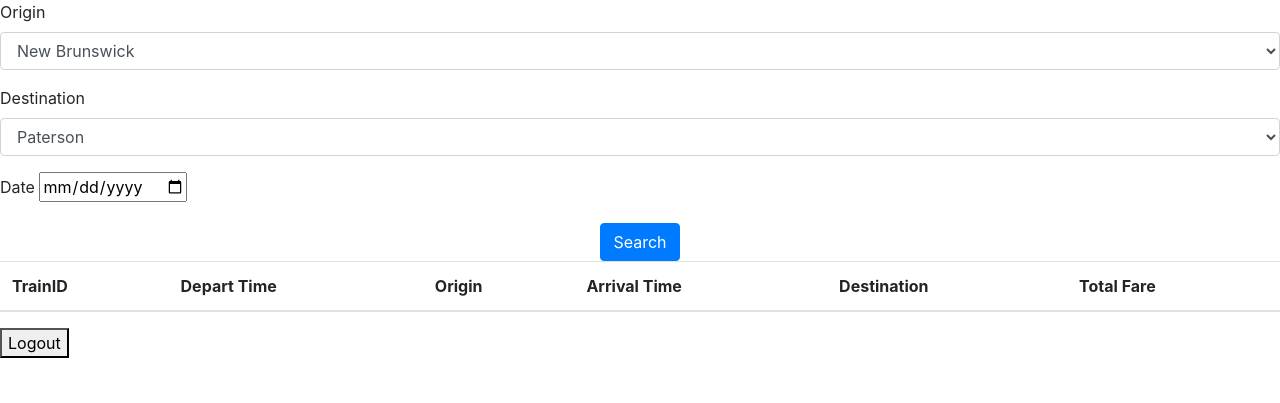
Repository: phh18/Train-Station-System
Page: http://localhost/trainstation/WEB-INF/view/userDetails.jsp
These files come from the project's save history. The page is drawn as it stood at one moment and after the next save; the edit follows.
The browser window is 1280 px wide. The pictures show the whole page.
Some web libraries are served in a nearby version. The page is served by Tomcat 9. Nobody is signed in. The template is opened directly, without the code that normally fills it, so the values that code supplies are empty.

Above is the page before, as saved 2020-12-03 05:05:52.

After the next save:
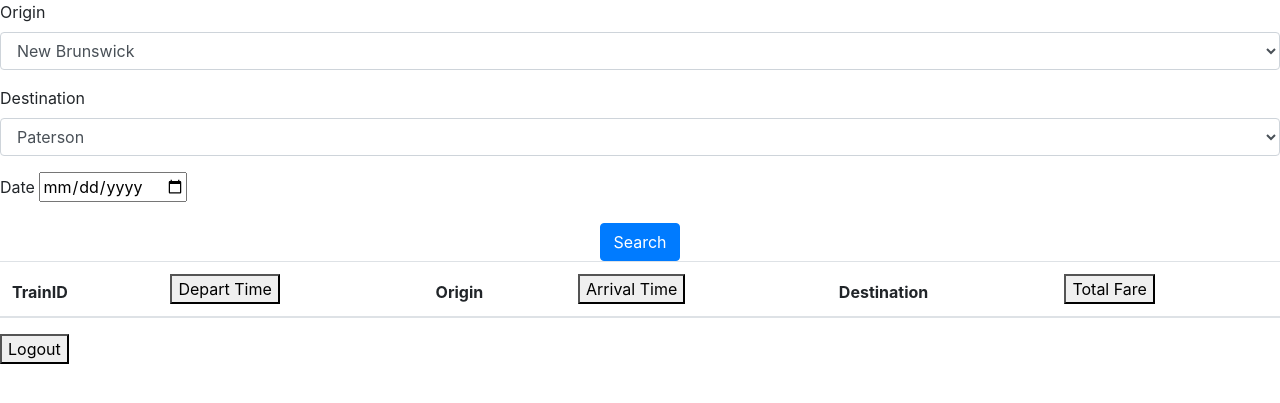
Saved 13 min 23 s later.
--- a/trainstation/WebContent/WEB-INF/view/userDetails.jsp
+++ b/trainstation/WebContent/WEB-INF/view/userDetails.jsp
@@ -53,15 +53,15 @@
 		</form>
 
 		<%ArrayList<TrainRoute> routes = (ArrayList<TrainRoute>) request.getAttribute("routes"); %>
-		<table class="table table-hover">
+		<table id="myTable" class="table table-hover">
 		<thead>
 		  <tr>
 		    <th scope="col">TrainID</th>
-		    <th scope="col">Depart Time</th>
+		    <th scope="col"><button onclick="sortTable(1)">Depart Time</button></th>
 		    <th scope="col">Origin</th>
-		    <th scope="col">Arrival Time</th>
+		    <th scope="col"><button onclick="sortTable(3)">Arrival Time</button></th>
 		    <th scope="col">Destination</th>
-		    <th scope="col">Total Fare</th>
+		    <th scope="col"><button onclick="sortTable(5)">Total Fare</button></th>
 		  </tr>
 		</thead>
 		<tbody>
@@ -86,7 +86,42 @@
 
 	</div>
 
-
+	<script>
+	function sortTable(order) {
+		  var table, rows, switching, i, x, y, shouldSwitch;
+		  table = document.getElementById("myTable");
+		  switching = true;
+		  /*Make a loop that will continue until
+		  no switching has been done:*/
+		  while (switching) {
+		    //start by saying: no switching is done:
+		    switching = false;
+		    rows = table.rows;
+		    /*Loop through all table rows (except the
+		    first, which contains table headers):*/
+		    for (i = 1; i < (rows.length - 1); i++) {
+		      //start by saying there should be no switching:
+		      shouldSwitch = false;
+		      /*Get the two elements you want to compare,
+		      one from current row and one from the next:*/
+		      x = rows[i].getElementsByTagName("TD")[order];
+		      y = rows[i + 1].getElementsByTagName("TD")[order];
+		      //check if the two rows should switch place:
+		      if (x.innerHTML.toLowerCase() > y.innerHTML.toLowerCase()) {
+		        //if so, mark as a switch and break the loop:
+		        shouldSwitch = true;
+		        break;
+		      }
+		    }
+		    if (shouldSwitch) {
+		      /*If a switch has been marked, make the switch
+		      and mark that a switch has been done:*/
+		      rows[i].parentNode.insertBefore(rows[i + 1], rows[i]);
+		      switching = true;
+		    }
+		  }
+		}
+		</script>
 
 
 	<form action="<%= request.getContextPath() %>/logout">
